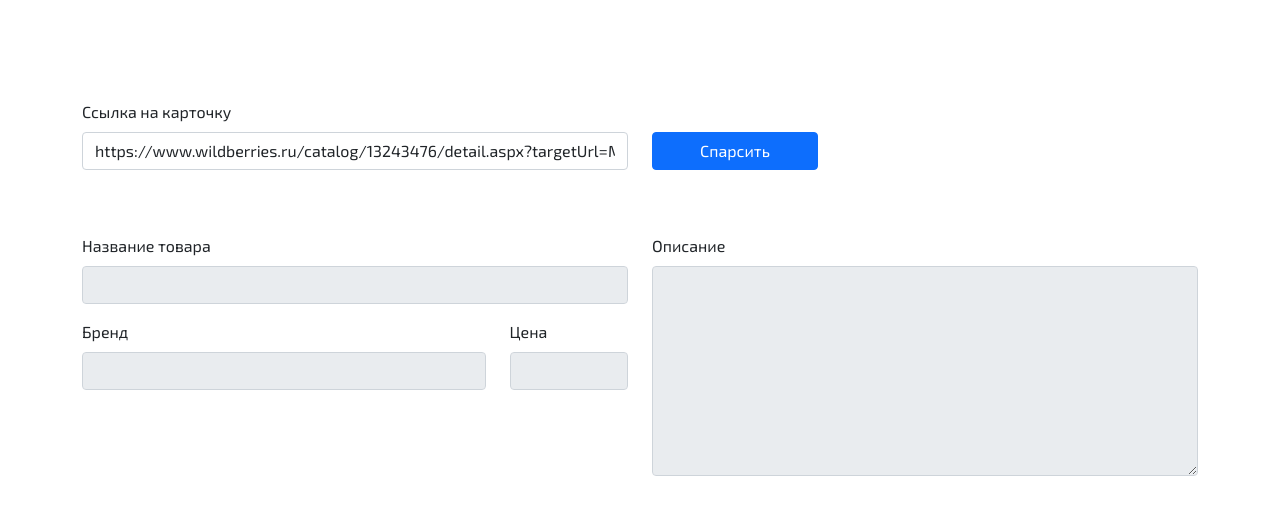
Repository: yozuul/wildberries-product-card-parser-api-exchange
Page: public/panel.html
These files come from the project's save history. The page is drawn as it stood at one moment and after a run of saves; the edit follows.
The browser window is 1280 px wide. The pictures show the whole page.

Above is the page before, as saved 2021-08-20 06:44:26.

After the next 2 saves:
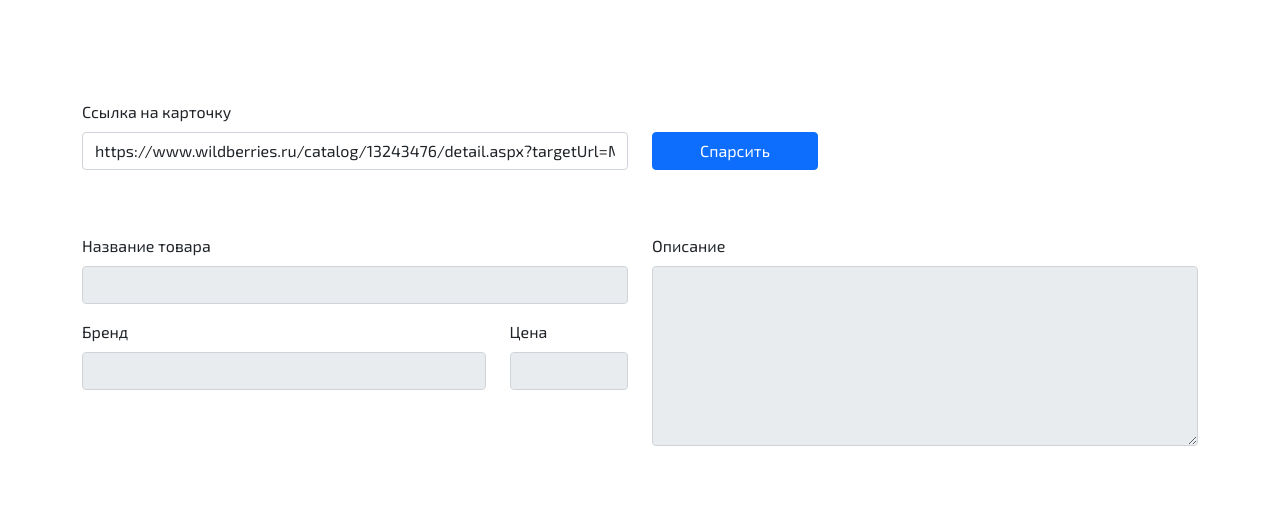
The 2 saves are shown as one change because they came seconds apart.
The last was saved 49 s later.
--- a/public/style.css
+++ b/public/style.css
@@ -17,7 +17,7 @@ body {
    margin-top: 50px;
 }
 #productDesc {
-   height: 210px;
+   height: 180px;
 }
 /* .imageItem {
    max-width: 100px;
